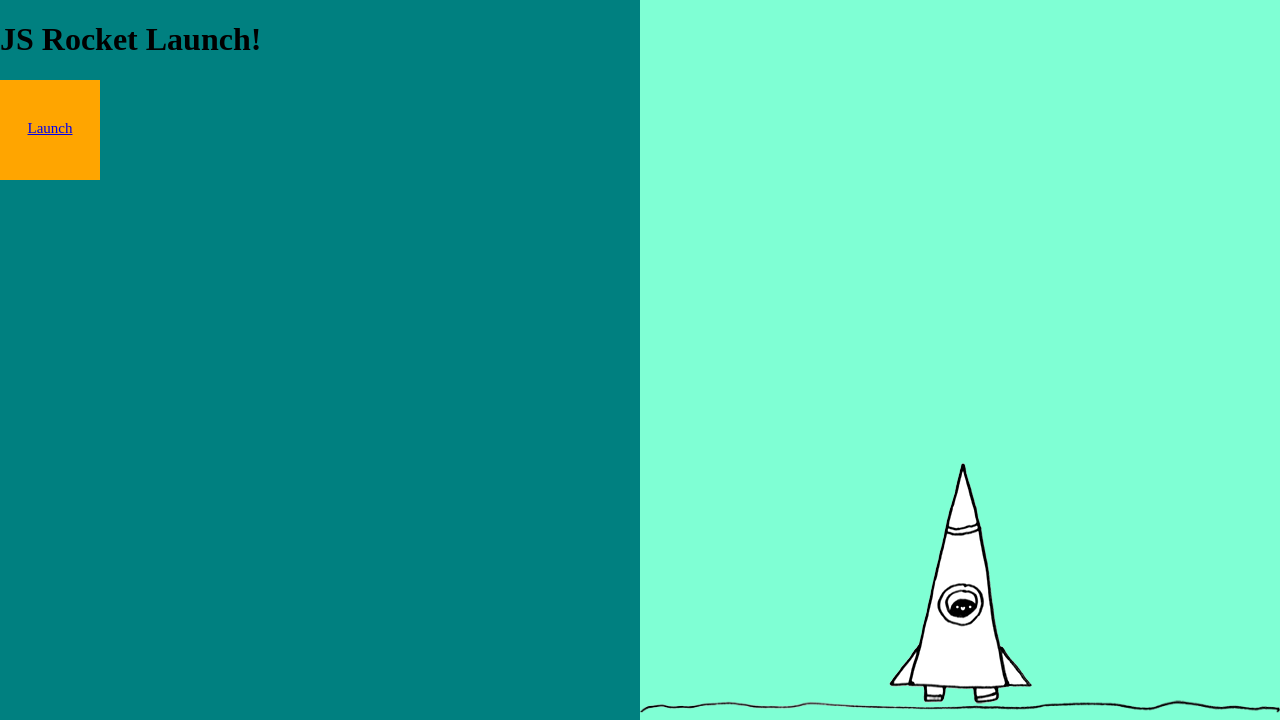
Repository: alcarrizo/Rocket-launch
Page: index.html
The author's editor kept a copy of each file at every save. The page is drawn from the files as they stood at one save, then again after the next save.
The browser window is 1280 px wide. The pictures show the whole page.

Above is the page before, as saved 2022-10-20 17:21:57.

After the next save:
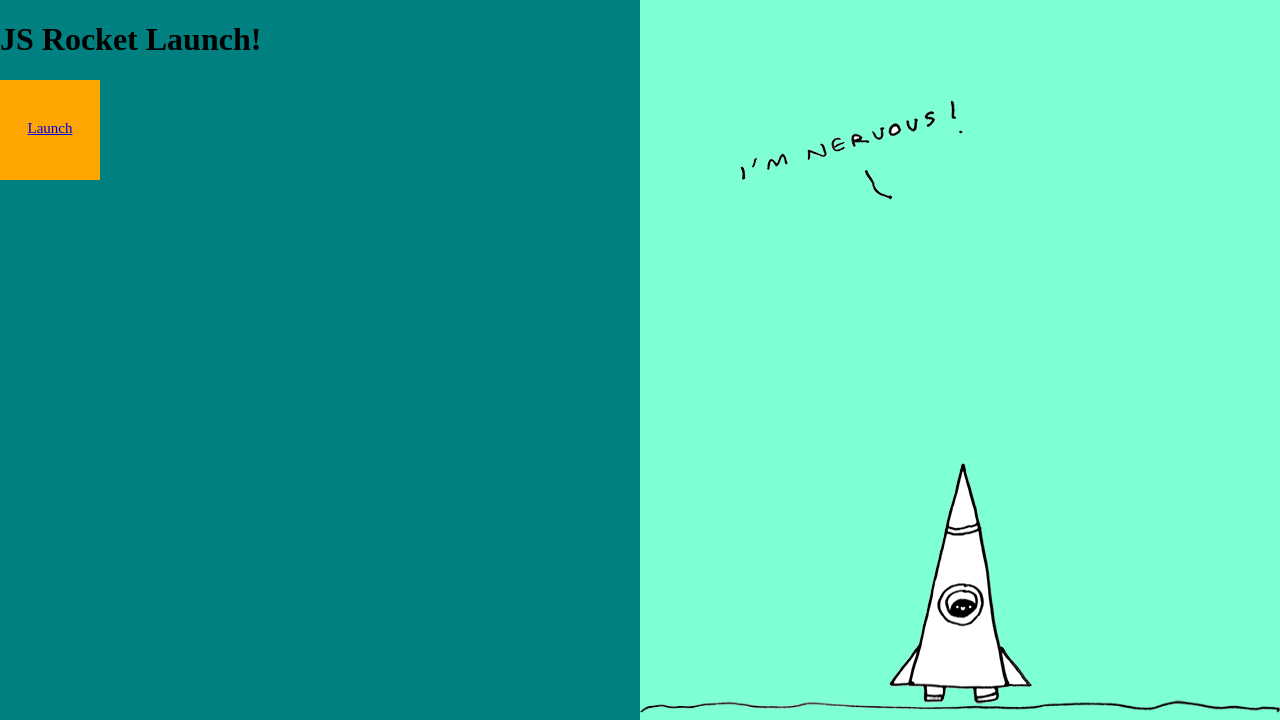
Saved 5 s later.
--- a/css/style.css
+++ b/css/style.css
@@ -75,7 +75,8 @@ body {
     top: 100px;
     left: 100px;
     background: url('../img/nervous.png') no-repeat 0 0;
-    background-size: 100% width: 223px;
+    background-size: 100%;
+    width: 223px;
     height: 100px;
 }
 
